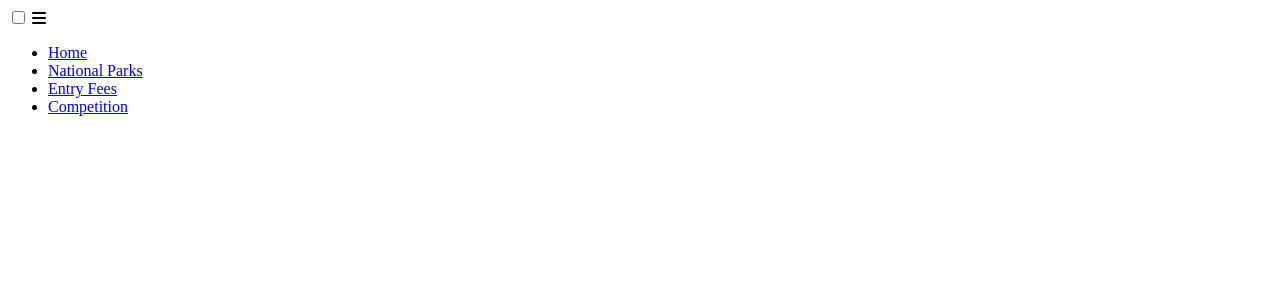
Repository: Lungdjos/web_assignment_3rd_yr
Page: national parks/mosi-oa-tunia/Mosi-oa-Tunya.html
These files come from the project's save history. The page is drawn as it stood at one moment and after a run of saves; the edit follows.
The browser window is 1280 px wide. The pictures show the whole page.
Some web libraries are served in a nearby version.

Above is the page before, as saved 2021-06-17 18:24:01.

### national parks/mosi-oa-tunia/Mosi-oa-Tunya.html
<!DOCTYPE html>
<html lang="en">

<head>
    <meta charset="UTF-8">
    <meta http-equiv="X-UA-Compatible" content="IE=edge">
    <meta name="viewport" content="width=device-width, initial-scale=1.0">
    <link rel="stylesheet" type=h ref="/national parks/mosi-oa-tunia/mosi.css">


    <title>National Parks</title>
    <script src="https://kit.fontawesome.com/a076d05399.js"></script>
</head>

<body>
    <nav>
        <input type="checkbox" id="check">
        <label for="check" class="checkbtn">
            <i class="fas fa-bars"></i>
        </label>
        <label class="logo">  </label>
        <ul>

            <li><a href="/home/index.html">Home</a>
                <li><a class="active" href="#">National Parks</a>
                    <li><a href="/entry fee/entry_fee.html">Entry Fees</a>
                        <li><a href="/competition/competition.html">Competition</a>

        </ul>
    </nav>
    <section> </section>




</body>

</html>

After the next 2 saves:
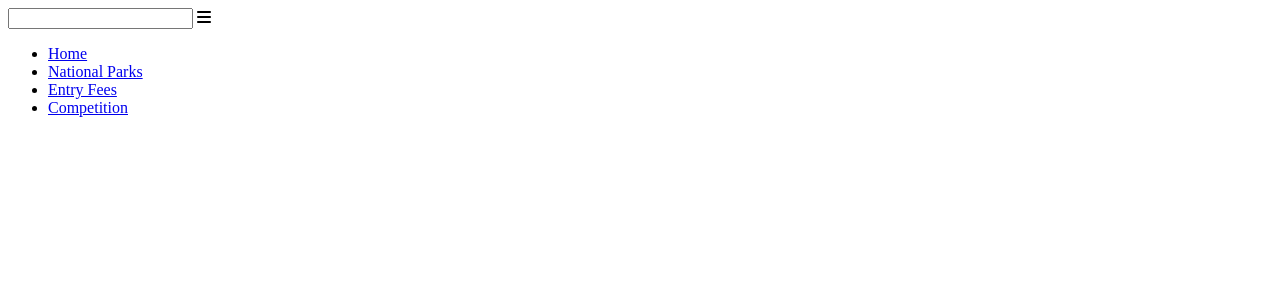
The 2 saves are shown as one change because they came seconds apart.
The last was saved 6 s later.
--- a/national parks/mosi-oa-tunia/Mosi-oa-Tunya.html
+++ b/national parks/mosi-oa-tunia/Mosi-oa-Tunya.html
@@ -5,26 +5,26 @@
     <meta charset="UTF-8">
     <meta http-equiv="X-UA-Compatible" content="IE=edge">
     <meta name="viewport" content="width=device-width, initial-scale=1.0">
-    <link rel="stylesheet" type=h ref="/national parks/mosi-oa-tunia/mosi.css">
+    <link rel="stylesheet" type="" h ref=" /national parks/mosi-oa-tunia/mosi.css ">
 
 
     <title>National Parks</title>
-    <script src="https://kit.fontawesome.com/a076d05399.js"></script>
+    <script src="https://kit.fontawesome.com/a076d05399.js "></script>
 </head>
 
 <body>
     <nav>
-        <input type="checkbox" id="check">
-        <label for="check" class="checkbtn">
-            <i class="fas fa-bars"></i>
+        <input type="checkbox " id="check ">
+        <label for="check " class="checkbtn ">
+            <i class="fas fa-bars "></i>
         </label>
-        <label class="logo">  </label>
+        <label class="logo ">  </label>
         <ul>
 
-            <li><a href="/home/index.html">Home</a>
-                <li><a class="active" href="#">National Parks</a>
-                    <li><a href="/entry fee/entry_fee.html">Entry Fees</a>
-                        <li><a href="/competition/competition.html">Competition</a>
+            <li><a href="/home/index.html ">Home</a>
+                <li><a class="active " href="# ">National Parks</a>
+                    <li><a href="/entry fee/entry_fee.html ">Entry Fees</a>
+                        <li><a href="/competition/competition.html ">Competition</a>
 
         </ul>
     </nav>
